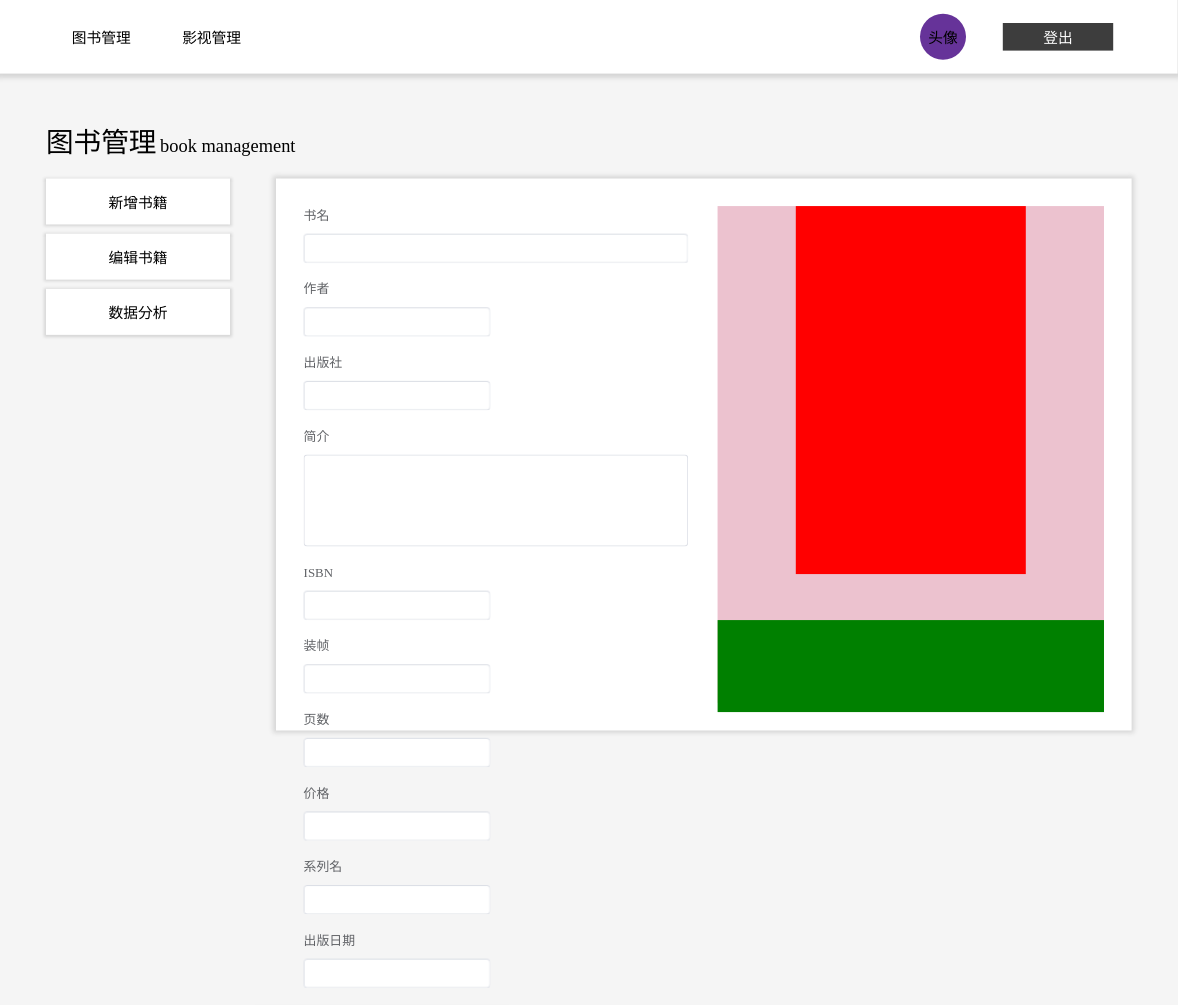
Repository: quanwangniuniu/Oasis-Reading-Platform
Page: /#/admin/books (app in Vue-frontend/)
The author's editor kept a copy of each file at every save. The page is drawn from the files as they stood at one save, then again after the next save.
The browser window is 1280 px wide. The pictures show the whole page, at 92% of full size.
Some web fonts or font styles are not loaded; a fallback is used. The project was rebuilt for these pictures with package versions that can differ from the ones it lists, and the page was loaded fresh each time. Also part of the build but not shown: Vue-frontend/vite.config.js, Vue-frontend/src/components/user/books/BookCard.vue, Vue-frontend/src/components/axios/config.js, Vue-frontend/src/components/axios/api.js, Vue-frontend/src/components/user/books/Books.vue, Vue-frontend/src/components/user/movies/Favourites.vue, Vue-frontend/src/components/user/explore/Explore.vue, Vue-frontend/src/components/user/login/Login.vue and 9 more.

Above is the page before, as saved 2023-04-13 23:07:07.

### Vue-frontend/index.html
<!DOCTYPE html>
<html lang="en">
  <head>
    <meta charset="UTF-8">
    <meta name="viewport" content="width=device-width, initial-scale=1.0">
    <title>Vite App</title>
    <style>
      *{
        padding: 0px;
        margin: 0px;
      }

      body{
        background-color: rgb(245, 245, 245);
      }
    </style>
  </head>
  <body>
    <div id="app"></div>
    <script type="module" src="/src/main.js"></script>
  </body>
</html>

### Vue-frontend/src/main.js
import { createApp } from 'vue'
import ElementPlus from 'element-plus'
import 'element-plus/dist/index.css'
import App from './App.vue'
import router from './components/router/router'
import * as ElementPlusIconsVue from '@element-plus/icons-vue'
import './assets/font/font.css'
import './assets/css/element.css'

const app = createApp(App)
app.use(router)
app.use(ElementPlus)
app.mount('#app')
for (const [key, component] of Object.entries(ElementPlusIconsVue)) {
    app.component(key, component)
  }

### Vue-frontend/src/App.vue
<script setup>
import Test from './components/Test.vue';
</script>

<template>
  <div>
    <router-view></router-view>
  </div>
</template>

<style scoped>
</style>

### Vue-frontend/src/components/router/router.js
import {createRouter, createWebHashHistory} from 'vue-router'
import Books from '../user/books/Books.vue'
import Movies from '../user/movies/Favourites.vue'
import Explore from '../user/explore/Explore.vue'
import Login from '../user/login/Login.vue'
import SpecificBook from '../user/books/SpecificBook.vue'
import User from '../User.vue'
import Admin from '../Admin.vue'
import UserInfo from '../user/info/UserInfo.vue'
import BookSearch from '../user/books/BookSearch.vue'
import Transit from '../user/books/Transit.vue'
import BookManagement from '../admin/bookManagement/BookManagement.vue'
import MovieManagement from '../admin/movieManagement/MovieManagement.vue'

import {checkUser} from './utils.js'

const router = createRouter({
    history: createWebHashHistory(),
    routes:[
        {path:'/user', component: User, alias:['/'], children:[
            {path:'books', component: Books},
            {path:'search',name:'search', component: BookSearch},
            {path:'transit',name:'transit', component: Transit},
            {path:'books/:id', component: SpecificBook,beforeEnter: checkUser},
            {path:'movies', component: Movies},
            {path:'explore', component: Explore},
            {path:'login', component: Login},
            {path:'info', component: UserInfo, beforeEnter: checkUser},
        ]},
        {path:'/admin', component: Admin,children:[
            {path:'books', component: BookManagement},
            {path:'movies', component: MovieManagement}
        ]}
    ]
})

export default router

### Vue-frontend/src/assets/font/font.css

  @font-face {
    font-family: siyuansongti;
    src: url(./Source_Han_Serif_SC_Light_Light.otf);
    font-weight: normal;
    font-style: normal;
  }

### Vue-frontend/src/assets/css/element.css
.el-textarea__inner{
    resize: none;
    height: 100px;
}

### Vue-frontend/src/components/Admin.vue
<script setup>
import BookManagementVue from './admin/bookManagement/BookManagement.vue';
import AdminHeader from './admin/header/AdminHeader.vue';
</script>

<template>
    <AdminHeader></AdminHeader>
    <router-view></router-view>
</template>

<style scoped>
</style>

### Vue-frontend/src/components/admin/bookManagement/BookManagement.vue
<script setup>
import LeftBar from './LeftBar.vue';
import {ref} from 'vue'


const bookItem = ref({
  title: '',
  author: '',
  publisher: '',
  ISBN: '',
  description: '',
  publish_year: '',
  page:'',
  binding: '',
  price:'',
  seriers:' '
})


</script>

<template>
  <div class="top-container">
    <div class="title">
      <span>图书管理</span>&nbsp;<span>book management</span>
    </div>
  </div>
  <div class="container">
      <LeftBar></LeftBar>
      <div class="panel">
        <div class="book-form">
          <el-form
            label-position="top"
            label-width="100px"
            :model="formLabelAlign"
            style="max-width: 460px"
            :inline="true"
          >
            <el-form-item label="书名" style="width:420px">
              <el-input v-model="bookItem.title" />
            </el-form-item>
            <el-form-item label="作者">
              <el-input v-model="bookItem.author" />
            </el-form-item>
            <el-form-item label="出版社">
              <el-input v-model="bookItem.publisher" />
            </el-form-item>
            <el-form-item label="简介" style="width:420px">
                <el-input v-model="bookItem.description" type="textarea"/>
            </el-form-item>
            <el-form-item label="ISBN">
              <el-input v-model="bookItem.ISBN" />
            </el-form-item>
            <el-form-item label="装帧">
              <el-input v-model="bookItem.binding" />
            </el-form-item>
            <el-form-item label="页数">
              <el-input v-model="bookItem.page" />
            </el-form-item>
            <el-form-item label="价格">
              <el-input v-model="bookItem.price" />
            </el-form-item>
            <el-form-item label="系列名">
              <el-input v-model="bookItem.price" />
            </el-form-item>
            <el-form-item label="出版日期">
              <el-input v-model="bookItem.price" />
            </el-form-item>
          </el-form>
        </div>

        <div class="img-upload-and-submit">
          <div class="img-container">
            <div class="img-upload">

            </div>
          </div>
          <div class="submit">

          </div>
        </div>
      </div>
  </div>

</template>

<style scoped>
.top-container{
  margin: 50px 50px 0px 50px;
  display: flex;
  justify-content: space-between;
}

.title{
  width: 400px;
  font-family: siyuansongti;
}
.container{
  display: flex;
  margin: 20px 50px 0px 50px
}

.title span:nth-child(1){
  font-size: 30px;
}
.title span:nth-child(2){
  font-size: 20px;
}

.panel{
  box-sizing: border-box;
  flex: 1;
  height: 600px;
  background-color: white;
  box-shadow: 0 0 5px 3px rgb(214, 214, 214);
  padding: 30px;
  display: flex;
}

.book-form{
  width: 450px;
}

.img-upload-and-submit{
  flex: 1;
  background-color: rgb(249, 203, 203);
}

.img-container{
  width: 100%;
  height: 450px;
  background-color: rgb(120, 120, 241, 0.1);
}

.img-upload{
  width: 250px;
  height: 400px;
  background-color: red;
  margin: 0 auto;
}

.submit{
  height: 100px;
  width: 100%;
  background-color: green;
}
</style>

### Vue-frontend/src/components/router/utils.js
export const checkUser = (from, to, next) => {
    if(localStorage.getItem('token') === null){
        next('/login')
    }else{
        next()
    }
}

### Vue-frontend/src/components/admin/header/AdminHeader.vue
<script setup>

let logout = () =>{
    localStorage.clear('token')
    localStorage.clear('type')
}

</script>

<template>
    <div>
        <div class="container">
            <div class="left">
                <div class="nav"><router-link to="/admin/books">图书管理</router-link></div>
                <div class="nav"><router-link to="/admin/movies">影视管理</router-link></div>
            </div>

            <div class="right">
                <div class="nav avata"><router-link to="/info">头像</router-link></div>
                <div class="nav login"><router-link to="/explore" @click="logout">登出</router-link></div>
            </div>

        </div>
    </div>

</template>

<style scoped>
.container{
    height: 80px;
    background-color: white;
    /* 边框模糊效果 */
    box-shadow: 0 0 5px 5px rgb(214, 214, 214);
    /* 开启flex布局 */
    display: flex;
    /* 设置元素靠右排列 */
    justify-content: space-between;
    /* 设置元素垂直居中 */
    align-items: center;
}

.left{
    display: flex;
    /* 设置元素垂直居中 */
    align-items: center;
    padding-left: 50px;
}

.right{
    display: flex;
    /* 设置元素垂直居中 */
    align-items: center;
    padding-right: 50px;
}

.nav{
    width: 80px;
    height: 30px;
    margin-left: 20px;
    margin-right: 20px;
    /* 设置nav内部a标签水平居中 */
    text-align: center;
    /* 开启flex局部 */
    display: flex;
    /* 设置nav内部a标签垂直居中 */
    align-items: center;
}

.nav a{
    width: 80px;
    /* 清除a标签默认样式 */
    text-decoration: none;
    color: black;

}

.login{
    width: 120px;
    background-color: rgb(61, 61, 61);
}

.login a{
    width: 1200px;
    color: white;
}

.avata{
    width: 50px;
    height: 50px;
    border-radius: 50%;
    background-color: rebeccapurple;
}


</style>

### Vue-frontend/src/components/admin/bookManagement/LeftBar.vue
<script setup>

</script>

<template>
    <div class="leftbar-container">
        <div class="card">
            新增书籍
        </div>
        <div class="card">
            编辑书籍
        </div>
        <div class="card">
            数据分析
        </div>
    </div>

</template>

<style scoped>
.leftbar-container{
    width: 250px;
    height: 600px;
}

.card{
    width: 200px;
    height: 50px;
    background: white;
    /* 设置卡片阴影 */
    box-shadow: 0px 1px 3px 2px rgb(214, 214, 214);
    /* 开启flex布局 文字水平垂直居中 */
    display: flex;
    justify-content: center;
    align-items:center;
    margin-bottom: 10px;
}

.card:hover{
    transform:scale(1.1);
}
</style>

### Vue-frontend/src/components/Test.vue
<template>
  <el-upload
    class="avatar-uploader"
    action="http://127.0.0.1:5000/uploadCover"
    :show-file-list="false"
    :on-success="handleAvatarSuccess"
    :before-upload="beforeAvatarUpload"
  >
    <img v-if="imageUrl" :src="imageUrl" class="avatar" />
    <el-icon v-else class="avatar-uploader-icon"><Plus /></el-icon>
  </el-upload>

  <img src="http://127.0.0.1:5000/images/1681397591940.jpg">
</template>

<script lang="ts" setup>
import { ref } from 'vue'
import { ElMessage } from 'element-plus'
import { Plus } from '@element-plus/icons-vue'

import type { UploadProps } from 'element-plus'

const imageUrl = ref('')

const handleAvatarSuccess: UploadProps['onSuccess'] = (
  response,
  uploadFile
) => {
  console.log(response)
  imageUrl.value = URL.createObjectURL(uploadFile.raw!)
}

const beforeAvatarUpload: UploadProps['beforeUpload'] = (rawFile) => {
  if (rawFile.type !== 'image/jpeg') {
    ElMessage.error('Avatar picture must be JPG format!')
    return false
  } else if (rawFile.size / 1024 / 1024 > 2) {
    ElMessage.error('Avatar picture size can not exceed 2MB!')
    return false
  }
  return true
}

</script>

<style scoped>
.avatar-uploader .avatar {
  width: 178px;
  height: 178px;
  display: block;
}
</style>

<style>
.avatar-uploader .el-upload {
  border: 1px dashed var(--el-border-color);
  border-radius: 6px;
  cursor: pointer;
  position: relative;
  overflow: hidden;
  transition: var(--el-transition-duration-fast);
}

.avatar-uploader .el-upload:hover {
  border-color: var(--el-color-primary);
}

.el-icon.avatar-uploader-icon {
  font-size: 28px;
  color: #8c939d;
  width: 178px;
  height: 178px;
  text-align: center;
}

img{
  height: 200px;
  width:200px;
}
</style>

After the next save:
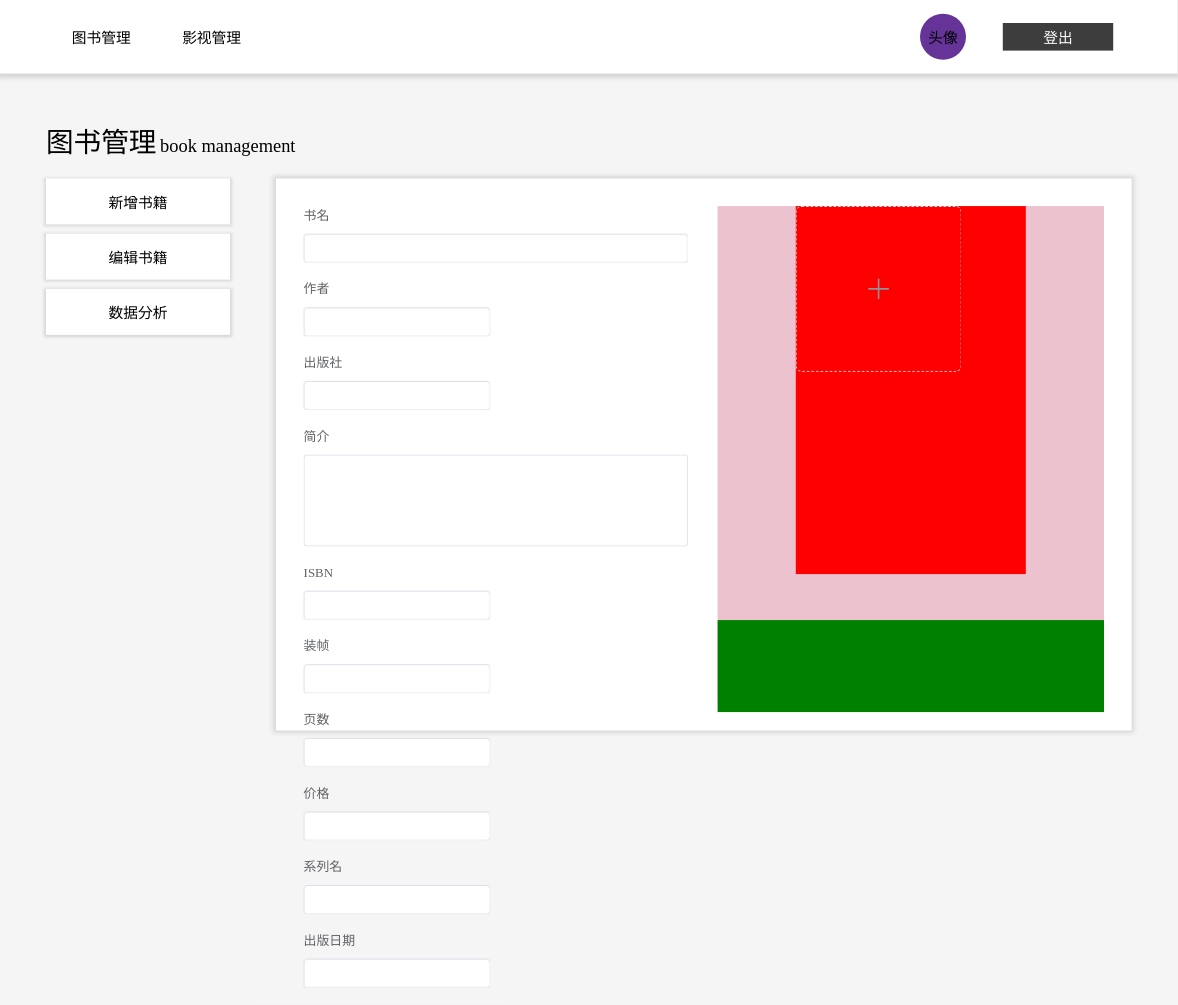
Saved 69 s later.
--- a/Vue-frontend/src/components/admin/bookManagement/BookManagement.vue
+++ b/Vue-frontend/src/components/admin/bookManagement/BookManagement.vue
@@ -1,7 +1,9 @@
-<script setup>
+<script setup lang="ts">
 import LeftBar from './LeftBar.vue';
 import {ref} from 'vue'
-
+import { ElMessage } from 'element-plus'
+import { Plus } from '@element-plus/icons-vue'
+import type { UploadProps } from 'element-plus'
 
 const bookItem = ref({
   title: '',
@@ -16,7 +18,26 @@
   seriers:' '
 })
 
+const imageUrl = ref('')
 
+const handleAvatarSuccess: UploadProps['onSuccess'] = (
+  response,
+  uploadFile
+) => {
+  console.log(response)
+  imageUrl.value = URL.createObjectURL(uploadFile.raw!)
+}
+
+const beforeAvatarUpload: UploadProps['beforeUpload'] = (rawFile) => {
+  if (rawFile.type !== 'image/jpeg') {
+    ElMessage.error('Avatar picture must be JPG format!')
+    return false
+  } else if (rawFile.size / 1024 / 1024 > 2) {
+    ElMessage.error('Avatar picture size can not exceed 2MB!')
+    return false
+  }
+  return true
+}
 </script>
 
 <template>
@@ -72,7 +93,16 @@
         <div class="img-upload-and-submit">
           <div class="img-container">
             <div class="img-upload">
-
+              <el-upload
+                class="avatar-uploader"
+                action="http://127.0.0.1:5000/uploadCover"
+                :show-file-list="false"
+                :on-success="handleAvatarSuccess"
+                :before-upload="beforeAvatarUpload"
+              >
+                <img v-if="imageUrl" :src="imageUrl" class="avatar" />
+                <el-icon v-else class="avatar-uploader-icon"><Plus /></el-icon>
+              </el-upload>
             </div>
           </div>
           <div class="submit">
